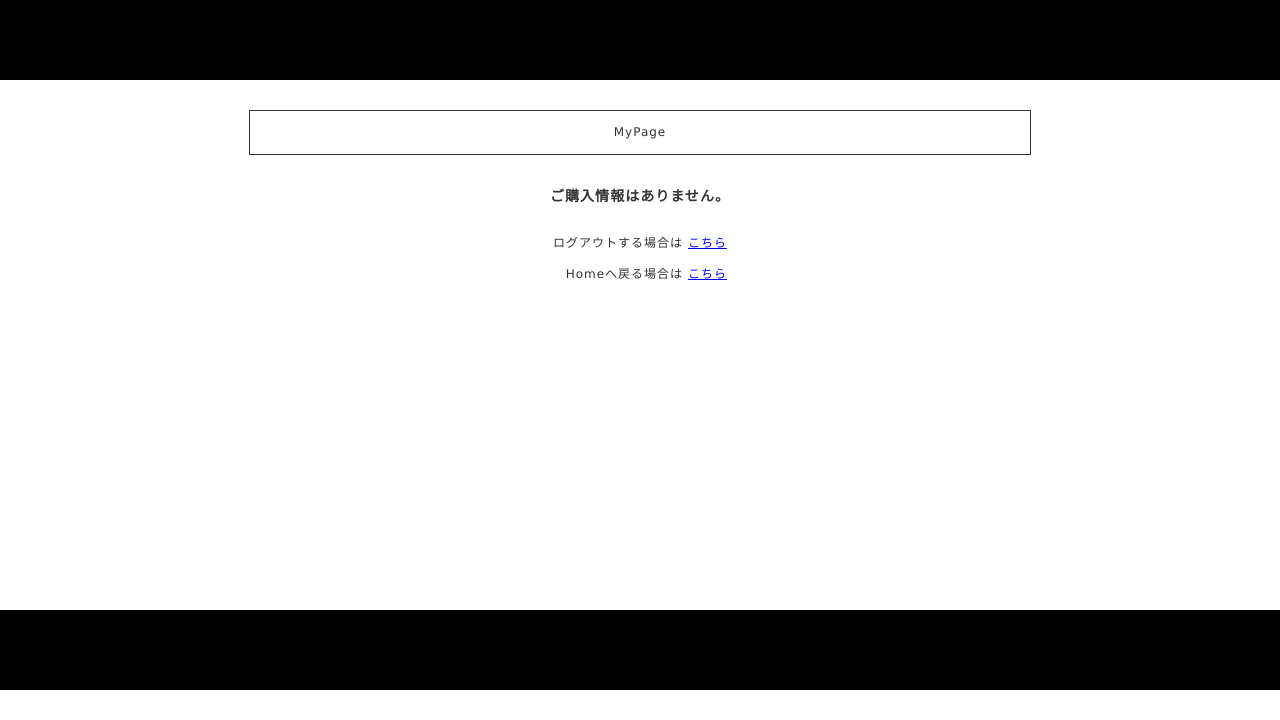
Repository: xiezom/test
Page: http://localhost/ecsite/myPage.jsp
These files come from the project's save history. The page is drawn as it stood at one moment and after the next save; the edit follows.
The browser window is 1280 px wide. The pictures show the whole page.
The page is served by Tomcat 9.

Above is the page before, as saved 2019-03-27 01:11:20.

After the next save:
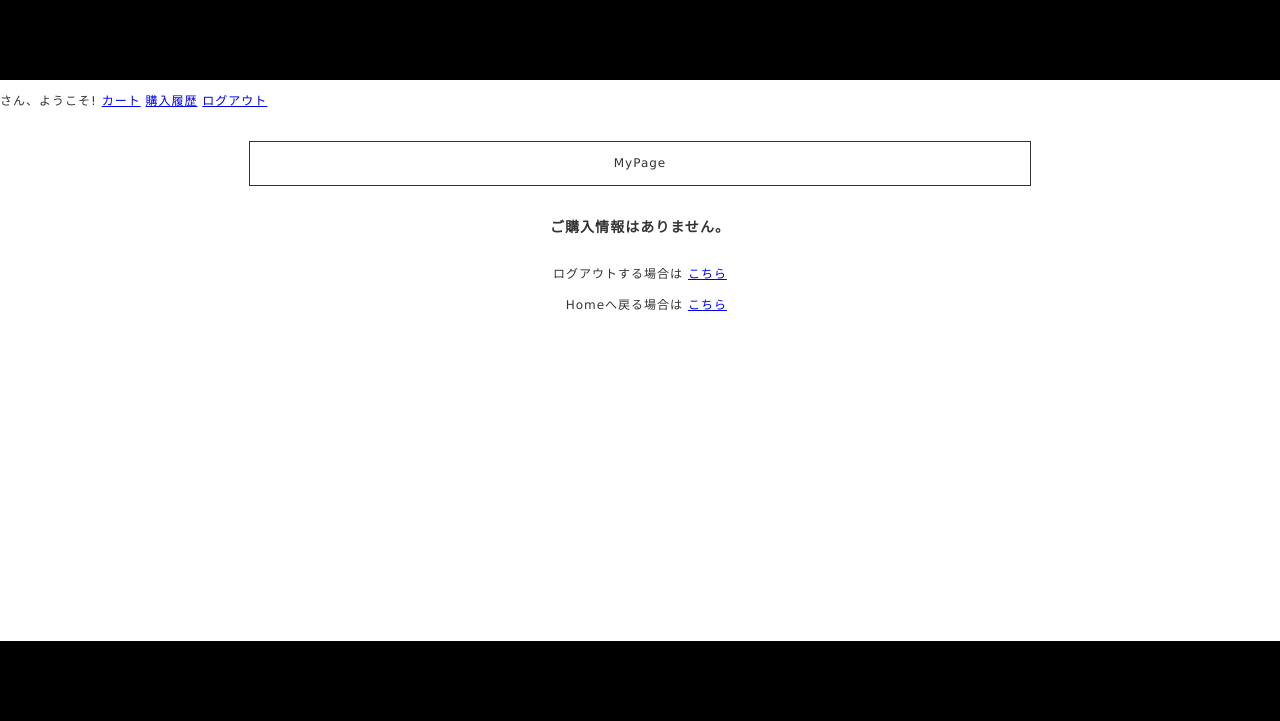
Saved 4 min 46 s later.
--- a/ecsite/WebContent/myPage.jsp
+++ b/ecsite/WebContent/myPage.jsp
@@ -68,6 +68,14 @@
 	<div class="header">
 		<div id="pr"></div>
 	</div>
+		<div>
+    <p class="welcome">
+	        <s:property value="session.user_name"/>さん、ようこそ!
+	        <a href='<s:url action="MyCartAction"/>'>カート</a>
+	        <a href='<s:url action="MyPageAction" />'>購入履歴</a>
+	        <a href='<s:url action="LogoutAction" />'>ログアウト</a>
+    </p>
+	</div>
 	<div class="main">
 		<div class="top">
 			<p>MyPage</p>
